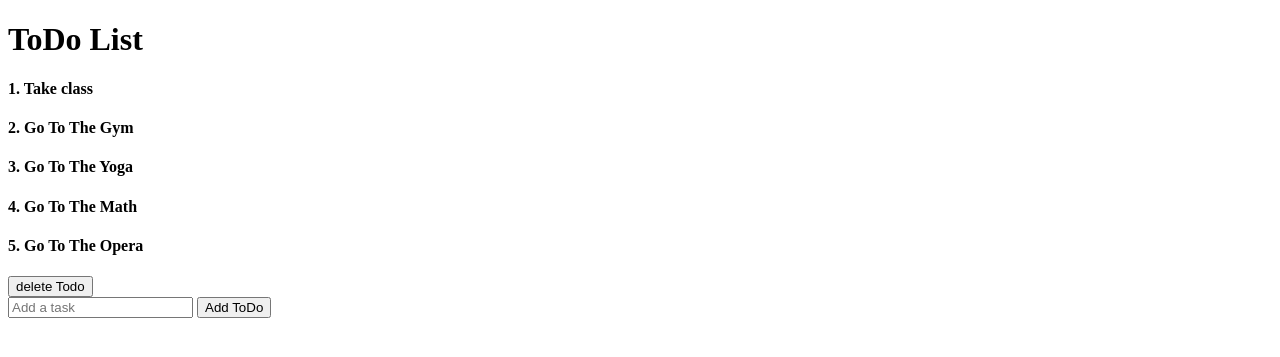
Repository: tanayburbure/Todo-application
Page: index.html
An editor plug-in stored every save of this project. The page is shown before and after the next save, followed by the edit.
The browser window is 1280 px wide. The pictures show the whole page.

Above is the page before, as saved 2025-10-20 22:37:23.

After the next save:
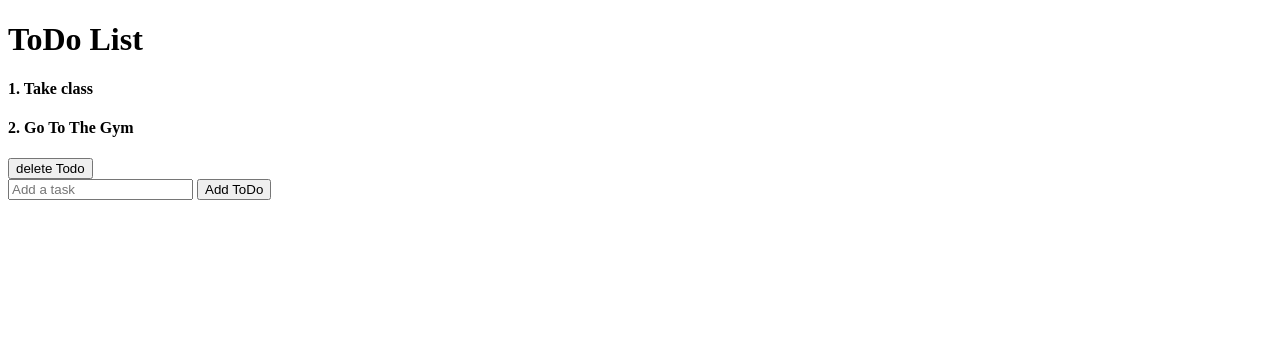
Saved 17 h 30 min later.
--- a/index.html
+++ b/index.html
@@ -9,9 +9,6 @@
     <h1>ToDo List</h1>
     <h4>1. Take class</h4>
     <h4>2. Go To The Gym</h4>
-    <h4>3. Go To The Yoga</h4>
-    <h4>4. Go To The Math</h4>
-    <h4>5. Go To The Opera</h4>
     <button onclick="deleterandometodo()" >delete Todo</button>
     <div>
         <input id="todo-input" type="text" placeholder="Add a task"/>
